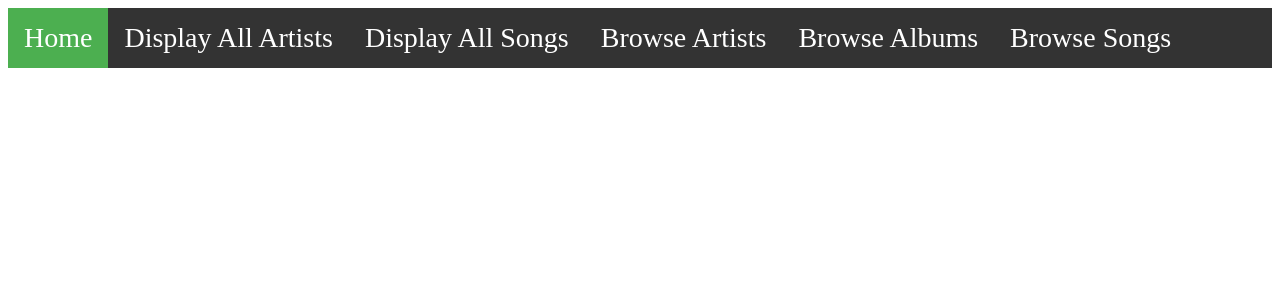
Repository: jasonfic/jmf194_INFSCI1017
Page: jmf194_FinalProject/WebContent/menu.html
An editor plug-in stored every save of this project. The page is shown before and after the next save, followed by the edit.
The browser window is 1280 px wide. The pictures show the whole page.

Above is the page before, as saved 2019-04-19 16:32:57.

After the next save:
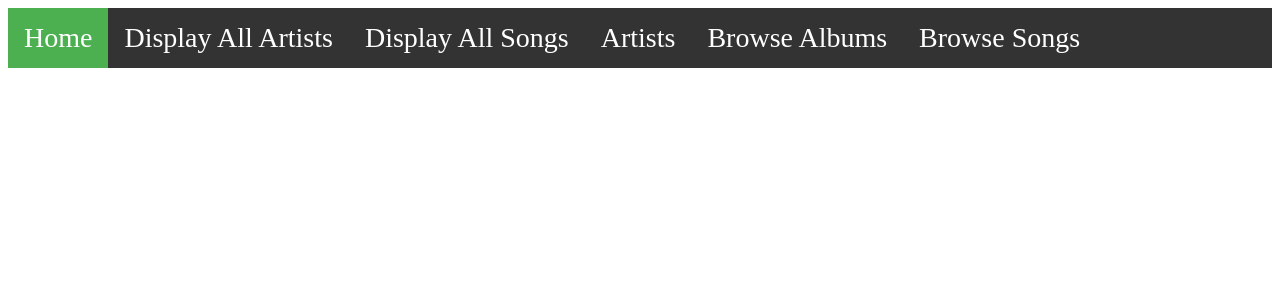
Saved 101 min 32 s later.
--- a/jmf194_FinalProject/WebContent/menu.html
+++ b/jmf194_FinalProject/WebContent/menu.html
@@ -45,7 +45,7 @@ li a:hover {
   <li><a class="active" href="index.html">Home</a></li>
   <li><a href="displayArtists.html">Display All Artists</a></li>
   <li><a href="displaySongs.html">Display All Songs</a></li>
-  <li><a href="artist.html">Browse Artists</a></li>
+  <li><a href="artist.html">Artists</a></li>
   <li><a href="album.html">Browse Albums</a></li>
   <li><a href="song.html">Browse Songs</a></li>
 </ul>
